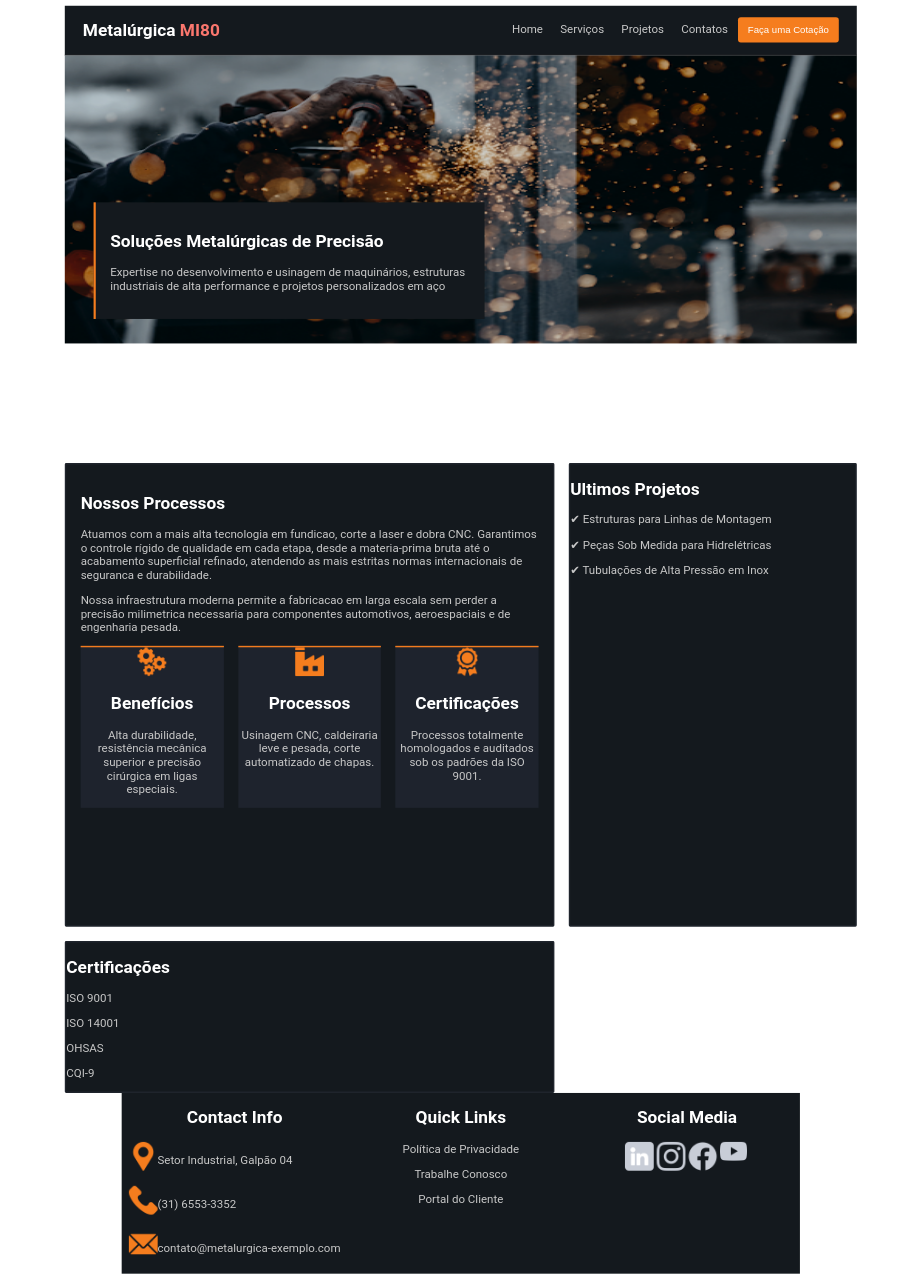
Repository: guiCherpinski/landing-page-metalurgica
Page: index.html
An editor plug-in stored every save of this project. The page is shown before and after a run of saves, followed by the edit.
The browser window is 1280 px wide. The pictures show the whole page, at 72% of full size.

Above is the page before, as saved 2026-06-08 14:52:58.

After the next 3 saves:
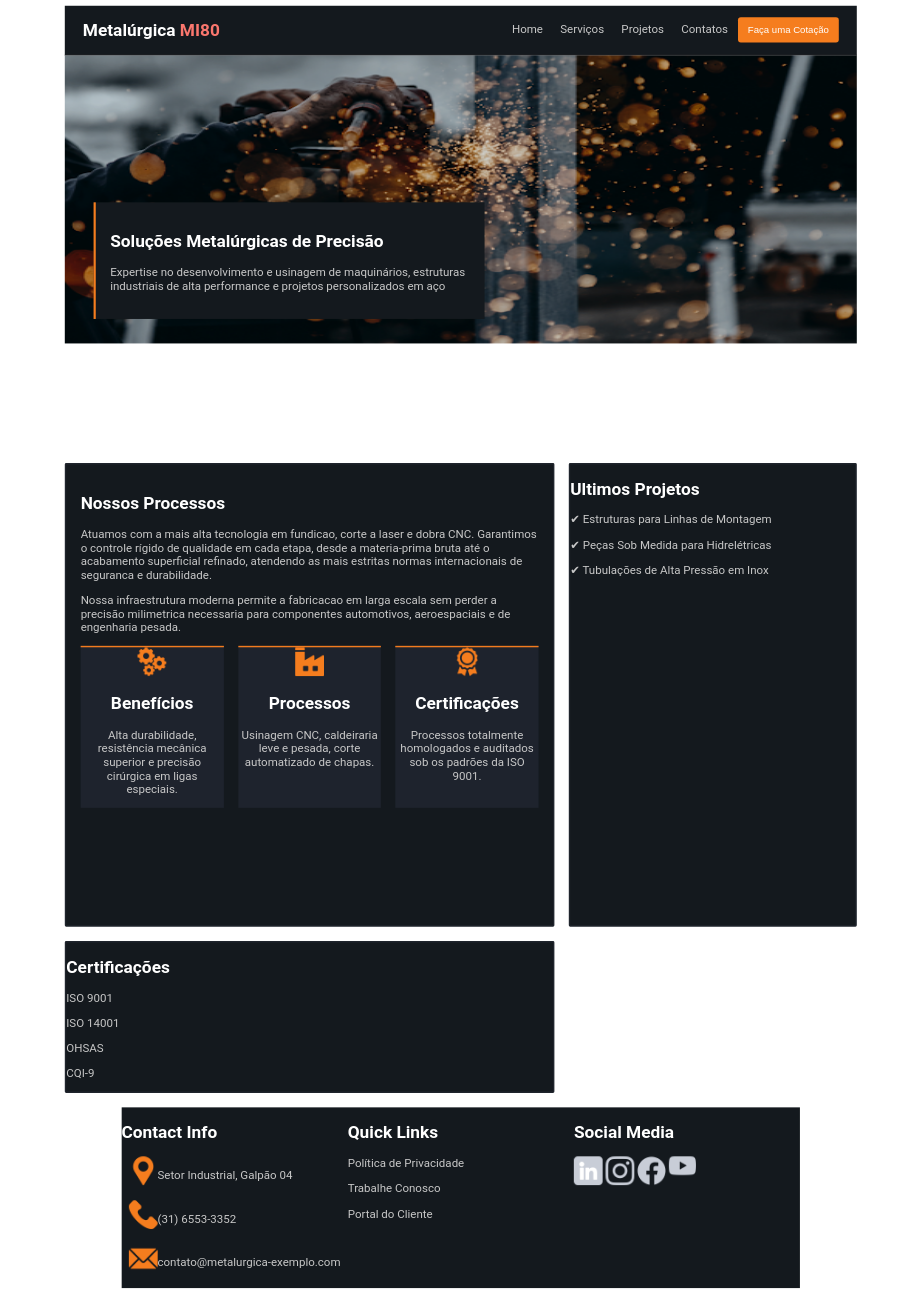
The 3 saves are shown as one change because they came seconds apart.
The last was saved 12 s later.
--- a/style.css
+++ b/style.css
@@ -151,7 +151,7 @@ header button:hover{
 }
 
 .rodape{
-    text-align: center;
+    margin: 20px;
     display: grid;
     grid-template-columns: 1fr 1fr 1fr;
     background: #14191E;
